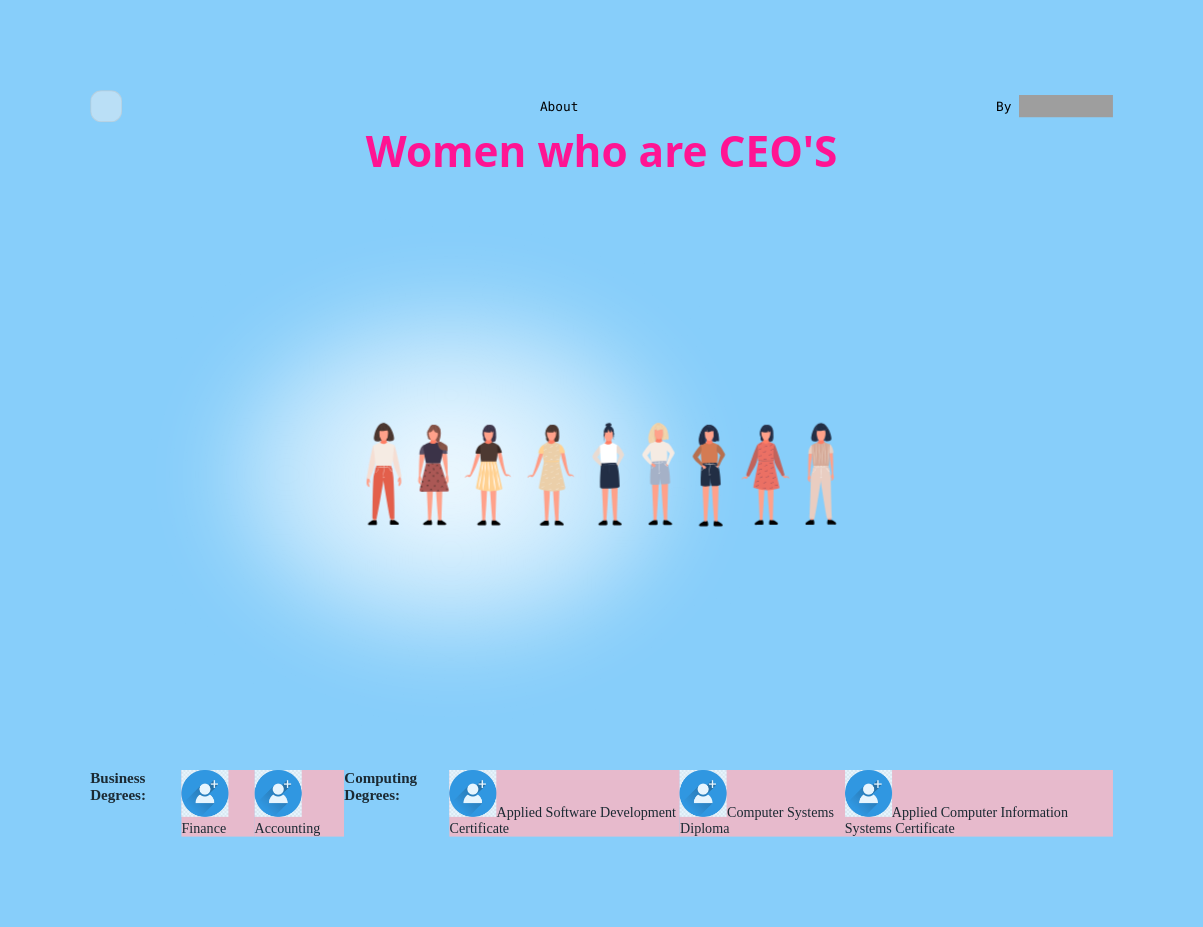
Repository: bguemos/week3example
Page: /
The author's editor kept a copy of each file at every save. The page is drawn from the files as they stood at one save, then again after the next save.
The browser window is 1280 px wide. The pictures show the whole page, at 94% of full size.
Pictures or frames that could not be fetched are drawn as grey boxes. The project was rebuilt for these pictures with package versions that can differ from the ones it lists, and the page was loaded fresh each time. The framework's server and built-in components were replaced by stand-ins that run in the browser. Also part of the build but not shown: next.config.js.

Above is the page before, as saved 2023-01-18 12:33:49.

### pages/index.js
import Head from 'next/head'
import Image from 'next/image'
import { Inter } from '@next/font/google'
import styles from '@/styles/Home.module.css'
import data from '../data/education.json'
import { useState } from 'react'
import Card from '../components/Card'
import Link from 'next/link'

const inter = Inter({ subsets: ['latin'] })

export default function Home() {
    const [information, setInformation] = useState([...data])
     console.log(data);
  return (
    <>
      <Head>
        <title>The Office</title>
        <meta name="description" content="Generated by create next app" />
        <meta name="viewport" content="width=device-width, initial-scale=1" />
        <link rel="icon" href="/favicon.ico" />
      </Head>
      <main className={styles.main}>
        <div className={styles.description}>
          <p>

            <code className={styles.code}></code>
          </p>
          <Link href="About">About</Link>
          <div>
            <a
              href="https://vercel.com?utm_source=create-next-app&utm_medium=default-template&utm_campaign=create-next-app"
              target="_blank"
              rel="noopener noreferrer"
            >
              By{' '}
              <Image
                src="/vercel.svg"
                alt="Vercel Logo"
                className={styles.vercelLogo}
                width={100}
                height={24}
                priority
              />
            </a>
          </div>
        </div>

        <h1 className={styles.header}> Women who are CEO'S</h1>

        <div className={styles.center}>
          <Image
            className={styles.logo}
            src="/women.svg"
            alt="womanLogo"
            width={500}
            height={500}
            priority
          />


        </div>

        <div className={styles.grid}>
          <b className={styles.label}> Business Degrees: </b>
          {information && information.map((info, index) => {
            if(info.department === "Business"){
              return(
                <Card key={index} degree={info.degree} colour="lightPink" font="15px"/>
              )
            }
           })}
           <b className={styles.label}> Computing Degrees:</b>
           {information && information.map((info, index) => {
            if(info.department === "Computing"){
              return(
              <Card key={index} degree={info.degree} colour="lightPink" font="15px"/>
              )
            }
            })}
        </div>
      </main>
    </>
  )
}

### styles/Home.module.css
.main {
  display: flex;
  flex-direction: column;
  justify-content: space-between;
  align-items: center;
  padding: 6rem;
  min-height: 100vh;
  background-color: lightskyblue;

}

.description {
  display: inherit;
  justify-content: inherit;
  align-items: inherit;
  font-size: 0.85rem;
  max-width: var(--max-width);
  width: 100%;
  z-index: 2;
  font-family: var(--font-mono);
}

.description a {
  display: flex;
  justify-content: center;
  align-items: center;
  gap: 0.5rem;
}

.description p {
  position: relative;
  margin: 0;
  padding: 1rem;
  background-color: rgba(var(--callout-rgb), 0.5);
  border: 1px solid rgba(var(--callout-border-rgb), 0.3);
  border-radius: var(--border-radius);
}

.code {
  font-weight: 700;
  font-family: var(--font-mono);
}

.grid {
  display: flex;
  flex-direction: row;
  flex-wrap: nowrap;
  grid-template-columns: repeat(4, minmax(25%, auto));
  width: var(--max-width);
  max-width: 100%;
  opacity: .8;

}

.card {
  padding: 1rem 1.2rem;
  border-radius: var(--border-radius);
  background: rgba(var(--card-rgb), 0);
  border: 1px solid rgba(var(--card-border-rgb), 0);
  transition: background 200ms, border 200ms;
}

.card span {
  display: inline-block;
  transition: transform 200ms;
}

.card h2 {
  font-weight: 600;
  margin-bottom: 0.7rem;
}

.card p {
  margin: 0;
  opacity: 0.6;
  font-size: 0.9rem;
  line-height: 1.5;
  max-width: 30ch;
}

.center {
  display: flex;
  justify-content: center;
  align-items: center;
  position: relative;
  padding: 4rem 0;
}

.center::before {
  background: var(--secondary-glow);
  border-radius: 50%;
  width: 480px;
  height: 360px;
  margin-left: -400px;
}

.center::after {
  background: var(--primary-glow);
  width: 240px;
  height: 180px;
  z-index: -1;
}

.center::before,
.center::after {
  content: '';
  left: 50%;
  position: absolute;
  filter: blur(45px);
  transform: translateZ(0);
}

.logo,
.thirteen {
  position: relative;

}
.header{
  position: relative;
  font-size: 45px;
  font-family: system-ui, -apple-system, BlinkMacSystemFont, 'Segoe UI', Roboto, Oxygen, Ubuntu, Cantarell, 'Open Sans', 'Helvetica Neue', sans-serif;
  color: deeppink;
}

.thirteen::before,
.thirteen::after {
  content: '';
  position: absolute;
  z-index: -1;
}

/* Conic Gradient Animation */
.thirteen::before {
  animation: 6s rotate linear infinite;
  width: 200%;
  height: 200%;
  background: var(--tile-border);
}

/* Inner Square */
.thirteen::after {
  inset: 0;
  padding: 1px;
  border-radius: var(--border-radius);
  background: linear-gradient(
    to bottom right,
    rgba(var(--tile-start-rgb), 1),
    rgba(var(--tile-end-rgb), 1)
  );
  background-clip: content-box;
}

/* Enable hover only on non-touch devices */
@media (hover: hover) and (pointer: fine) {
  .card:hover {
    background: rgba(var(--card-rgb), 0.1);
    border: 1px solid rgba(var(--card-border-rgb), 0.15);
  }

  .card:hover span {
    transform: translateX(4px);
  }
}

@media (prefers-reduced-motion) {
  .thirteen::before {
    animation: none;
  }

  .card:hover span {
    transform: none;
  }
}

/* Mobile */
@media (max-width: 700px) {
  .content {
    padding: 4rem;
  }

  .grid {
    grid-template-columns: 1fr;
    margin-bottom: 120px;
    max-width: 320px;
    text-align: center;
  }

  .card {
    padding: 1rem 2.5rem;
  }

  .card h2 {
    margin-bottom: 0.5rem;
  }

  .center {
    padding: 8rem 0 6rem;
  }

  .center::before {
    transform: none;
    height: 300px;
  }

  .description {
    font-size: 0.8rem;
  }

  .description a {
    padding: 1rem;
  }

  .description p,
  .description div {
    display: flex;
    justify-content: center;
    position: fixed;
    width: 100%;
  }

  .description p {
    align-items: center;
    inset: 0 0 auto;
    padding: 2rem 1rem 1.4rem;
    border-radius: 0;
    border: none;
    border-bottom: 1px solid rgba(var(--callout-border-rgb), 0.25);
    background: linear-gradient(
      to bottom,
      rgba(var(--background-start-rgb), 1),
      rgba(var(--callout-rgb), 0.5)
    );
    background-clip: padding-box;
    backdrop-filter: blur(24px);
  }

  .description div {
    align-items: flex-end;
    pointer-events: none;
    inset: auto 0 0;
    padding: 2rem;
    height: 200px;
    background: linear-gradient(
      to bottom,
      transparent 0%,
      rgb(var(--background-end-rgb)) 40%
    );
    z-index: 1;
  }
}

/* Tablet and Smaller Desktop */
@media (min-width: 701px) and (max-width: 1120px) {
  .grid {
    grid-template-columns: repeat(2, 50%);
  }
}

@media (prefers-color-scheme: dark) {
  .vercelLogo {
    filter: invert(1);
  }

  .logo,
  .thirteen img {
    filter: invert(1) drop-shadow(0 0 0.3rem #ffffff70);
  }
}

@keyframes rotate {
  from {
    transform: rotate(360deg);
  }
  to {
    transform: rotate(0deg);
  }
}

### data/education.json
[
        {
            "studentNumber": "A0004567",
            "firstName": "Person 1",
            "gpa": 3.8,
            "department": "Business",
            "degree": "Finance",
            "graduted": 2014
        },
        {
            "studentNumber": "A0001234",
            "firstName": "Person 2",
            "gpa": 3.5,
            "department": "Business",
            "degree": "Accounting",
            "graduted": 2010
        },
        {
            "studentNumber": "A0007890",
            "firstName": "Person 3",
            "gpa": 3.2,
            "department": "Computing",
            "degree": "Applied Software Development Certificate",
            "graduted": 2018
        },
        {
            "studentNumber": "A0007828",
            "firstName": "Person 4",
            "gpa": 3.9,
            "department": "Computing",
            "degree": "Computer Systems Diploma",
            "graduted": 2021
        },
        {
            "studentNumber": "A0003425",
            "firstName": "Person 5",
            "gpa": 3.2,
            "department": "Computing",
            "degree": "Applied Computer Information Systems Certificate",
            "graduted": 2021
        }
]

### components/Card/index.js
export default function Card({
    degree= "none",
    colour= "purple",
    font = "0",
    image = "icon/personTwo.png"
}) {
    return(
        <div style={{backgroundColor: colour, fontSize:font}}>
         {
            colour === "red" ? <img src={'icon/person.png'} width="50"/> :
            colour === "blue" ? <img src={'icon/personThree.png'} width="50"/>:
                                <img src={image} width="50" />
         }
         {degree}
        </div>
    )
}

Loaded but not shown: pages/_app.js (common file); pages/_document.js (common file); styles/globals.css (common file)

After the next save:
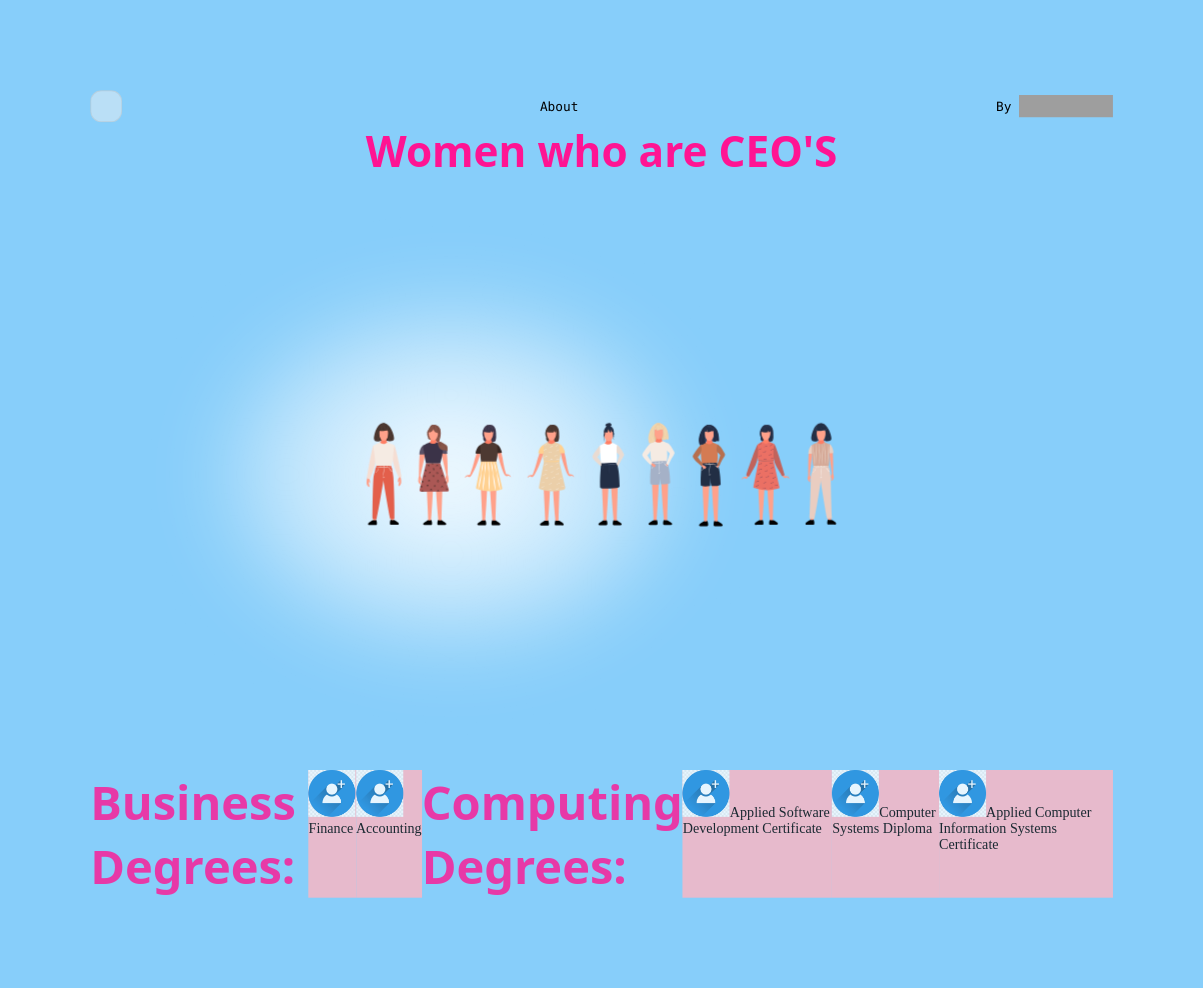
Saved 72 s later.
--- a/styles/Home.module.css
+++ b/styles/Home.module.css
@@ -7,6 +7,11 @@
   min-height: 100vh;
   background-color: lightskyblue;
 
+}
+.label{
+  font-size: 50px;
+  font-family: system-ui, -apple-system, BlinkMacSystemFont, 'Segoe UI', Roboto, Oxygen, Ubuntu, Cantarell, 'Open Sans', 'Helvetica Neue', sans-serif;
+  color: deeppink;
 }
 
 .description {
